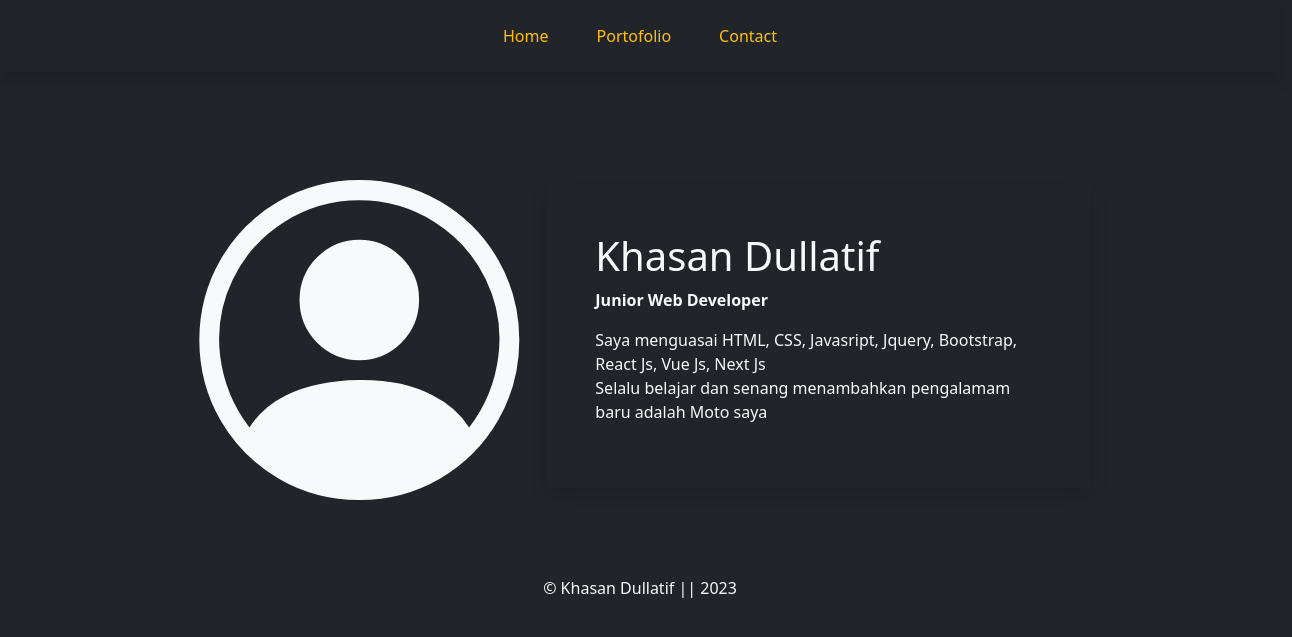
Repository: AHSANS354/Tugas-MSIB-5-GitHub
Page: tugas/tugas bootsrap/Home.html
The author's editor kept a copy of each file at every save. The page is drawn from the files as they stood at one save, then again after the next save.
The browser window is 1280 px wide. The page is 1292 px wide, then 1280 px, then 1292 px, so the pictures cover 1292 px, including what lies to the right of the window. The pictures show the whole page.

Above is the page before, as saved 2023-09-19 17:17:01.

### tugas/tugas bootsrap/Home.html
<!DOCTYPE html>
<html lang="en">
  <head>
    <meta charset="utf-8" />
    <meta name="viewport" content="width=device-width, initial-scale=1" />
    <title>Bootstrap demo</title>
    <link href="https://cdn.jsdelivr.net/npm/bootstrap@5.3.2/dist/css/bootstrap.min.css" rel="stylesheet" integrity="sha384-T3c6CoIi6uLrA9TneNEoa7RxnatzjcDSCmG1MXxSR1GAsXEV/Dwwykc2MPK8M2HN" crossorigin="anonymous" />
    <link rel="stylesheet" href="https://cdn.jsdelivr.net/npm/bootstrap-icons@1.11.1/font/bootstrap-icons.css" />
    <script src="code.jquery.com_jquery-3.7.1.min.js"></script>
  </head>
  <body class="bg-dark">
    <div class="home">
      <!-- navbar -->
      <div class="row">
        <ul class="nav fixed-top justify-content-center bg-dark p-3 gap-3 shadow">
          <li class="nav-item">
            <a class="nav-link text-warning" href="home.html">Home</a>
          </li>
          <li class="nav-item">
            <a class="nav-link text-warning" href="portofolio.html">Portofolio</a>
          </li>
          <li class="nav-item">
            <a class="nav-link text-warning" href="contact.html">Contact</a>
          </li>
        </ul>
      </div>
      <!-- content -->
      <div class="row mt-5 pt-5 d-flex align-items-center">
        <div class="col-5 d-flex justify-content-end">
          <i class="bi bi-person-circle text-light" style="font-size: 20rem"></i>
        </div>
        <div class="col-5 shadow p-5 ms-3 text-light">
          <h1>Khasan Dullatif</h1>
          <p><strong>Junior Web Developer</strong></p>
          <p>
            Saya menguasai HTML, CSS, Javasript, Jquery, Bootstrap, React Js, Vue Js, Next Js <br />
            Selalu belajar dan senang menambahkan pengalamam baru adalah Moto saya
          </p>
        </div>
      </div>
      <!-- footer -->
      <footer class="footer text-light text-center">&copy; Khasan Dullatif || 2023</footer>
    </div>
    <script src="https://cdn.jsdelivr.net/npm/bootstrap@5.3.2/dist/js/bootstrap.bundle.min.js" integrity="sha384-C6RzsynM9kWDrMNeT87bh95OGNyZPhcTNXj1NW7RuBCsyN/o0jlpcV8Qyq46cDfL" crossorigin="anonymous"></script>
  </body>
</html>

Loaded but not shown: tugas/tugasjquery/code.jquery.com_jquery-3.7.1.min.js (library)

After the next save:
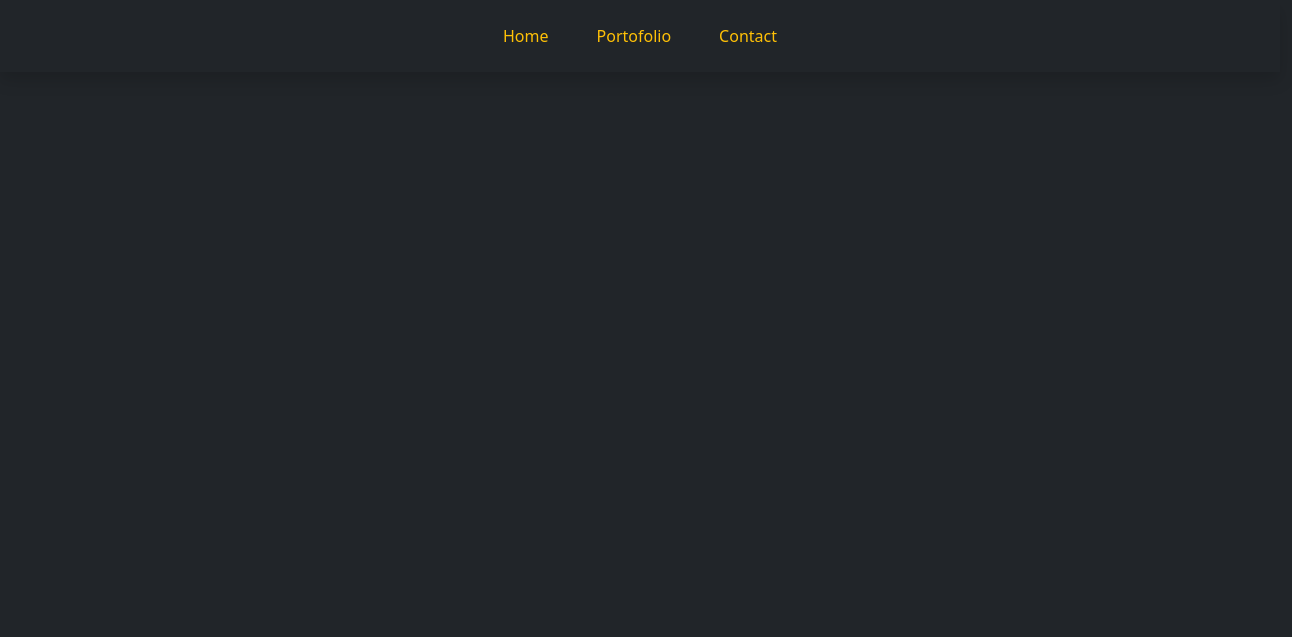
Console error: SyntaxError: missing ) after argument list
Saved 2 min 46 s later.
--- a/tugas/tugas bootsrap/Home.html
+++ b/tugas/tugas bootsrap/Home.html
@@ -25,7 +25,16 @@
         </ul>
       </div>
       <!-- content -->
-      <div class="row mt-5 pt-5 d-flex align-items-center">
+      <div class="content"></div>
+      <!-- footer -->
+      <footer class="footer text-light text-center">&copy; Khasan Dullatif || 2023</footer>
+    </div>
+    <script src="https://cdn.jsdelivr.net/npm/bootstrap@5.3.2/dist/js/bootstrap.bundle.min.js" integrity="sha384-C6RzsynM9kWDrMNeT87bh95OGNyZPhcTNXj1NW7RuBCsyN/o0jlpcV8Qyq46cDfL" crossorigin="anonymous"></script>
+    <script>
+      $(document).ready(function(){
+        $('#home').on('click', function(){
+          $('.content').html(`
+          <div class="row mt-5 pt-5 d-flex align-items-center">
         <div class="col-5 d-flex justify-content-end">
           <i class="bi bi-person-circle text-light" style="font-size: 20rem"></i>
         </div>
@@ -38,9 +47,9 @@
           </p>
         </div>
       </div>
-      <!-- footer -->
-      <footer class="footer text-light text-center">&copy; Khasan Dullatif || 2023</footer>
-    </div>
-    <script src="https://cdn.jsdelivr.net/npm/bootstrap@5.3.2/dist/js/bootstrap.bundle.min.js" integrity="sha384-C6RzsynM9kWDrMNeT87bh95OGNyZPhcTNXj1NW7RuBCsyN/o0jlpcV8Qyq46cDfL" crossorigin="anonymous"></script>
+          `)
+        })
+      }
+    </script>
   </body>
 </html>

After the 4 saves that followed:
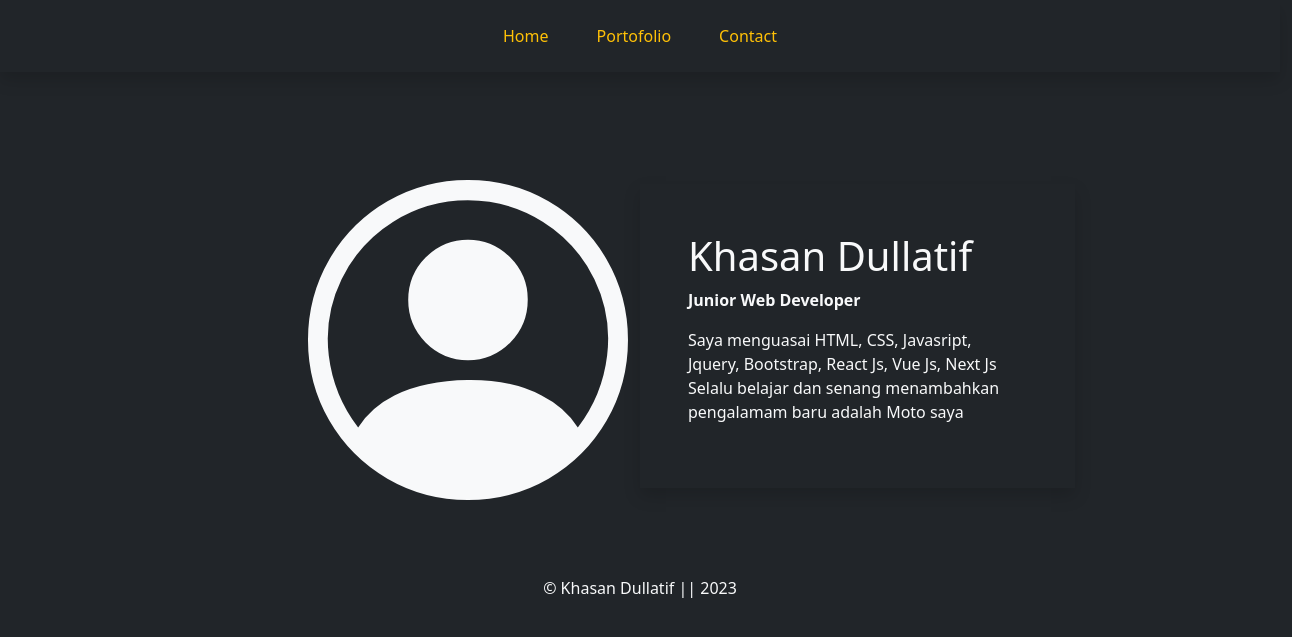
The error is gone.
The 4 saves are shown as one change because 3 left the picture as it was.
The last was saved 4 min 41 s later.
--- a/tugas/tugas bootsrap/Home.html
+++ b/tugas/tugas bootsrap/Home.html
@@ -6,11 +6,9 @@
     <title>Bootstrap demo</title>
     <link href="https://cdn.jsdelivr.net/npm/bootstrap@5.3.2/dist/css/bootstrap.min.css" rel="stylesheet" integrity="sha384-T3c6CoIi6uLrA9TneNEoa7RxnatzjcDSCmG1MXxSR1GAsXEV/Dwwykc2MPK8M2HN" crossorigin="anonymous" />
     <link rel="stylesheet" href="https://cdn.jsdelivr.net/npm/bootstrap-icons@1.11.1/font/bootstrap-icons.css" />
-    <script src="code.jquery.com_jquery-3.7.1.min.js"></script>
   </head>
   <body class="bg-dark">
     <div class="home">
-      <!-- navbar -->
       <div class="row">
         <ul class="nav fixed-top justify-content-center bg-dark p-3 gap-3 shadow">
           <li class="nav-item">
@@ -24,21 +22,11 @@
           </li>
         </ul>
       </div>
-      <!-- content -->
-      <div class="content"></div>
-      <!-- footer -->
-      <footer class="footer text-light text-center">&copy; Khasan Dullatif || 2023</footer>
-    </div>
-    <script src="https://cdn.jsdelivr.net/npm/bootstrap@5.3.2/dist/js/bootstrap.bundle.min.js" integrity="sha384-C6RzsynM9kWDrMNeT87bh95OGNyZPhcTNXj1NW7RuBCsyN/o0jlpcV8Qyq46cDfL" crossorigin="anonymous"></script>
-    <script>
-      $(document).ready(function(){
-        $('#home').on('click', function(){
-          $('.content').html(`
-          <div class="row mt-5 pt-5 d-flex align-items-center">
-        <div class="col-5 d-flex justify-content-end">
+      <div class="row mt-5 pt-5 d-flex align-items-center">
+        <div class="col-6 d-flex justify-content-end">
           <i class="bi bi-person-circle text-light" style="font-size: 20rem"></i>
         </div>
-        <div class="col-5 shadow p-5 ms-3 text-light">
+        <div class="col-4 shadow p-5 text-light">
           <h1>Khasan Dullatif</h1>
           <p><strong>Junior Web Developer</strong></p>
           <p>
@@ -47,9 +35,8 @@
           </p>
         </div>
       </div>
-          `)
-        })
-      }
-    </script>
+      <footer class="footer text-light text-center">&copy; Khasan Dullatif || 2023</footer>
+    </div>
+    <script src="https://cdn.jsdelivr.net/npm/bootstrap@5.3.2/dist/js/bootstrap.bundle.min.js" integrity="sha384-C6RzsynM9kWDrMNeT87bh95OGNyZPhcTNXj1NW7RuBCsyN/o0jlpcV8Qyq46cDfL" crossorigin="anonymous"></script>
   </body>
 </html>
